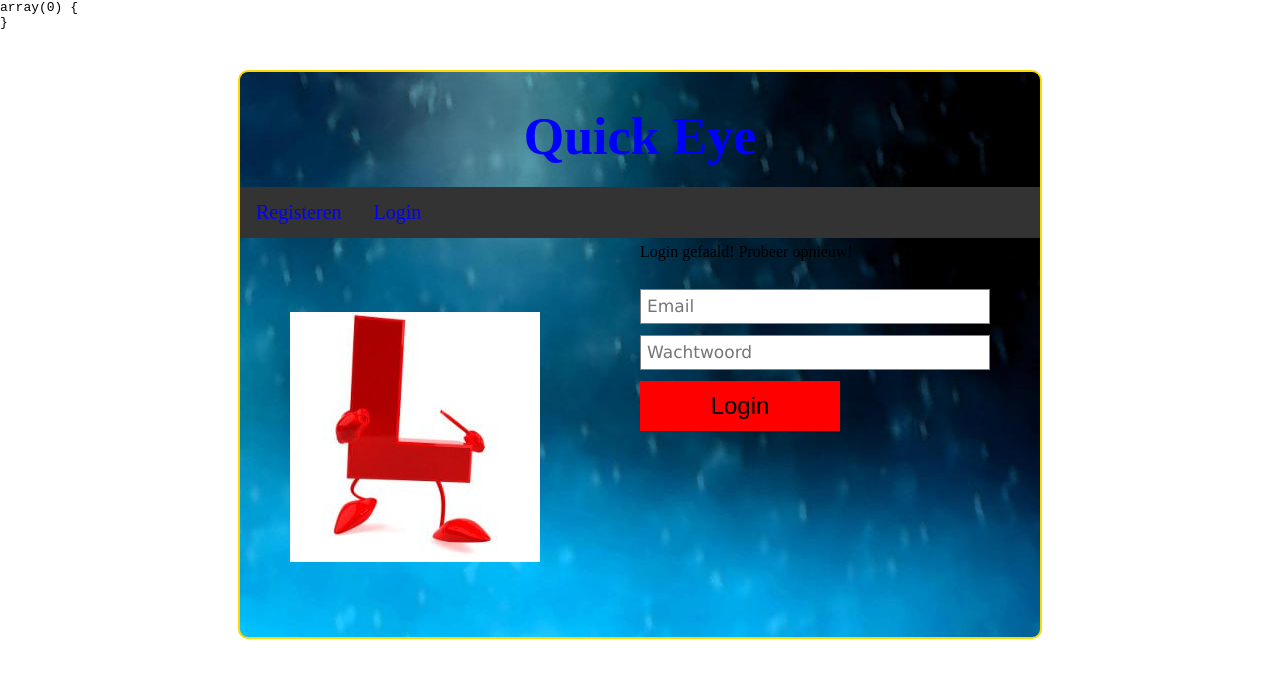
Repository: Julian-4A5A/quickeye
Page: http://localhost/login/Login.php
The author's editor kept a record of every edit. The page is drawn from the files as they stood at one moment, then again after the next edit.
The browser window is 1280 px wide. The pictures show the whole page.
Some web libraries are served in a nearby version. The page is run by PHP 8.4 with error messages shown; the project is at /var/www/html/.

Above is the page before.

After the next edit:
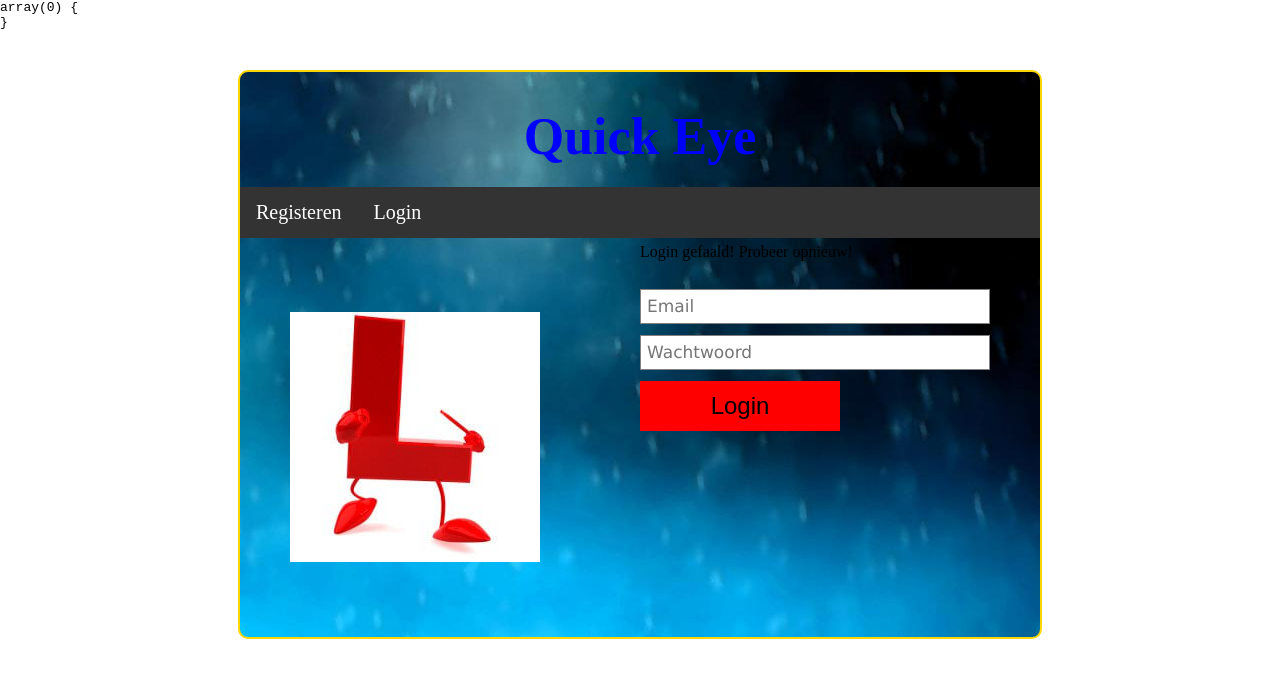
The edit:
--- a/workspace/login/Menu.css
+++ b/workspace/login/Menu.css
@@ -12,7 +12,7 @@
 
 li a {
     display: block;
-    color: blue;
+    color: white;
     text-align: center;
     padding: 14px 16px;
     text-decoration: none;
